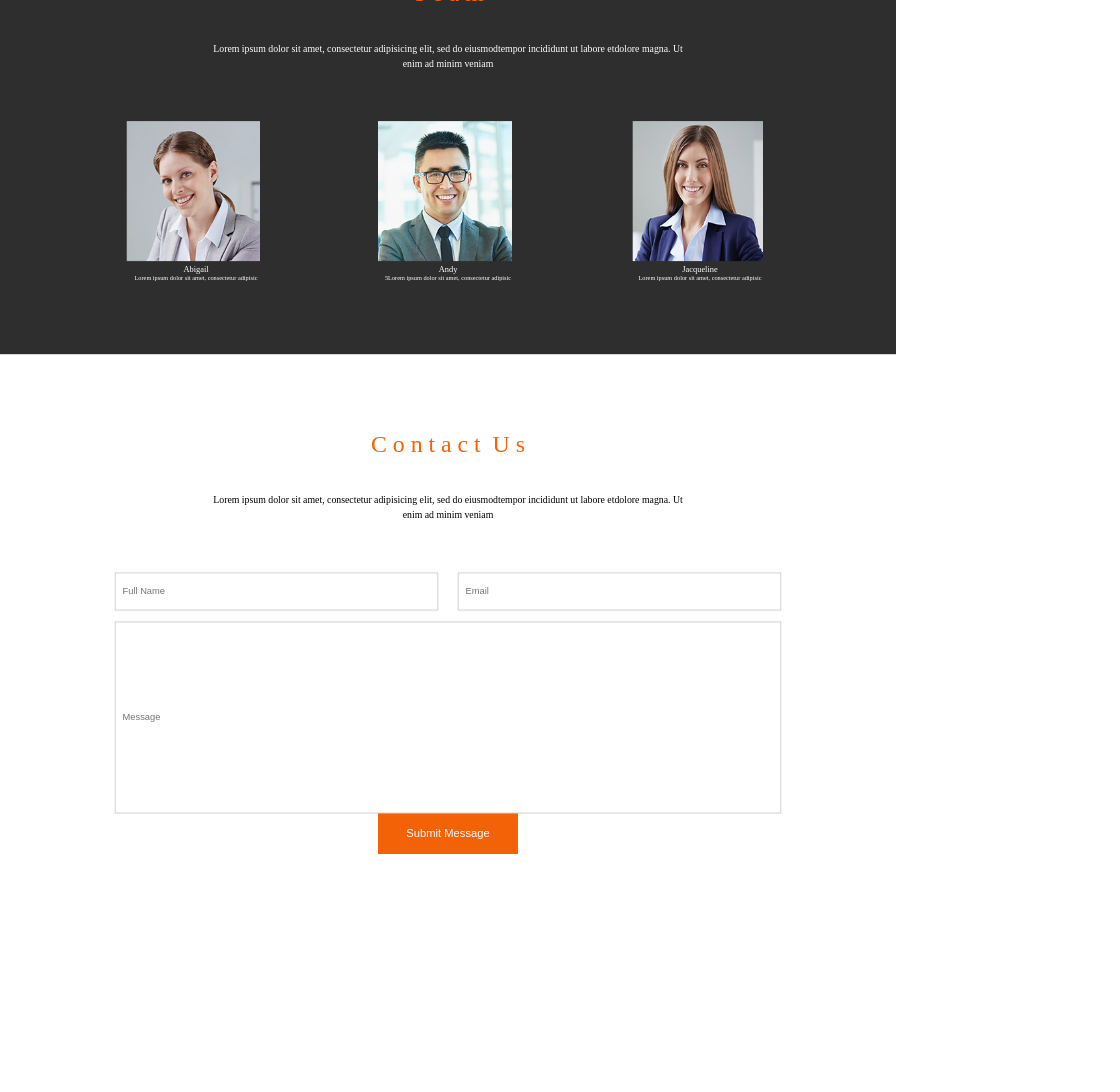
Repository: ScarApocalypse/study
Page: HTML5learning/HTML5作业/index.html
An editor plug-in stored every save of this project. The page is shown before and after a run of saves, followed by the edit.
The browser window is 1280 px wide. The page is 1600 px wide, so the pictures cover 1600 px, including what lies to the right of the window. The pictures show the part of the page from y = 2440 to 4000 px (the page is 4000 px tall), at 70% of full size.

Above is the page before, as saved 2019-03-20 21:44:44.

### HTML5learning/HTML5作业/index.html
<!DOCTYPE html>
<html lang="en">
<head>
    <meta charset="UTF-8">
    <title>Document</title>
    <link rel="stylesheet" href="css/index.css">
    <script src="js/index.js"></script>
</head>
<body>
    <!-- 顶部区域 -->
    <header>
            <div class="container">
                    <a href="index.html" class="logo"><img src="img/logo.jpg" alt=""></a>
                    <nav>
                        <a href="#">HOME</a>
                        <a href="#">PORTFOLIO</a>
                        <a href="#">TEAM</a>
                        <a href="#">CONTACT US</a>
                    </nav>
            </div>

    </header>
    <!-- banner区域 -->
    <section class="banner">
        <div class="container">
                <article>
                        <h1>Welcome to Website</h1>
                        <p>Lorem ipsum dolor sit amet, consectetur adipisicing elit</p>
                    </article>
        </div>

    </section>
    <!-- Portfolio区域 -->
    <section class="Portfolio">
        <div class="container">
            <aside>
                <h1>P o r t f o l i o</h1>
            </aside>
            <article>
                <p>Lorem ipsum dolor sit amet, consectetur adipisicing elit, sed do eiusmodtempor incididunt ut labore etdolore magna. Ut enim ad minim veniam</p>
                <ul class="keyWord clearfix">
                    <li>ALL</li>
                    <li>WEB</li>
                    <li>SOFTWARE</li>
                    <li>WORKS</li>
                    <li>BRANDS</li>
                </ul>
            </article>

        </div>
        <div class="portfolio-nav"></div>
    </section>
    <!-- Stats区域 -->
    <section class="Stats">
            <div class="container">
                    <aside>
                        <h1>S t a t s</h1>
                    </aside>
                    <article>
                        <p>Lorem ipsum dolor sit amet, consectetur adipisicing elit, sed do eiusmodtempor incididunt ut labore etdolore magna. Ut enim ad minim veniam</p>
                    </article>

            </div>
                <div class="stats-icon clearfix">
                    <div class="item">
                            <img src="img/stats1.jpg" alt="">
                            <div class="name">Margins</div>
                            <div class="number">1 2, 0 0 0</div>
                    </div>
                    <div class="item">
                            <img src="img/stats2.jpg" alt="">
                            <div class="name">Completed</div>
                            <div class="number">5 , 6 8 1</div>
                    </div>
                    <div class="item">
                            <img src="img/stats3.jpg" alt="">
                            <div class="name">Projects</div>
                            <div class="number">4 3 2</div>
                    </div>
                    <div class="item">
                            <img src="img/stats4.jpg" alt="">
                            <div class="name">Customers</div>
                            <div class="number">8 6</div>
                    </div>
                </div>
    </section>
    <!-- Team区域 -->
    <section class="Team">
            <div class="container">
                    <aside>
                        <h1>T e a m</h1>
                    </aside>
                    <article>
                        <p>Lorem ipsum dolor sit amet, consectetur adipisicing elit, sed do eiusmodtempor incididunt ut labore etdolore magna. Ut enim ad minim veniam</p>
                    </article>
           </div>
           <div class="workerInfo">
               <div class="item">
                   <img src="img/team1.jpg" alt="">
                   <div class="name">Abigail</div>
                   <div class="detail">Lorem ipsum dolor sit amet, consectetur adipisic</div>
               </div>
               <div class="item">
                    <img src="img/team2.jpg" alt="">
                    <div class="name">Andy</div>
                    <div class="detail">5Lorem ipsum dolor sit amet, consectetur adipisic</div>
                </div>
                <div class="item">
                        <img src="img/team3.jpg" alt="">
                        <div class="name">Jacqueline</div>
                        <div class="detail">Lorem ipsum dolor sit amet, consectetur adipisic</div>
                    </div>
           </div>
    </section>
    <!-- Contact区域 -->
    <section class="Contact">
            <div class="container">
                    <aside>
                        <h1>C o n t a c t&nbsp;&nbsp;U s</h1>
                    </aside>
                    <article>
                        <p>Lorem ipsum dolor sit amet, consectetur adipisicing elit, sed do eiusmodtempor incididunt ut labore etdolore magna. Ut enim ad minim veniam</p>
                    </article>
           </div>

           <form id="contact-form">

                <div class="item">
                   <input type="text" required placeholder="Full Name">
               </div>
               <div class="item">
                    <input type="email" required placeholder="Email">
                </div>
                <div class="item">
                        <input type="text" required placeholder="Message">
                </div>
                <input type="submit" value="Submit Message">
           </form>
    </section>
    <!-- 页脚区域 -->
    <footer></footer>
</body>
</html>

### HTML5learning/HTML5作业/css/index.css
*{
    margin:0;
    padding:0;
    list-style: none;
}
body{
    height: 4000px;
    font-family:Microsoft YaHei UI;
}
a{
    text-decoration: none;
}
.clearfix:after{
    content:"";
    height: 0;
    line-height: 0;
    display: block;
    visibility: hidden;
    clear:both;
}
.clearfix{
    zoom:1;
}
/* 顶部区域 */
header{
    height: 95px;
    width: 100%;
    background: #2e2e2e;
}
header > .container{
    width: 1600px;
    margin:0 auto;
    line-height: 95px;
}
header > .container > a.logo{
    float: left;
    margin-top:7px;
}
header > .container > nav{
    float:right;
}
header > .container > nav > a{
    float: left;
    color:#fff;
    margin-left:50px;
}
/* banner区域 */
.banner{
    height: 675px;
    width: 100%;
    background:url(../img/banner.jpg) no-repeat center;
    background-size: cover;
    color:#fff;
    /* overflow: hidden; */
}
.banner > .container{
    width: 850px;
    margin:0 auto;
    text-align: center;
    padding-top:280px;

}
.banner > .container > article > h1{
    font-size:57px;

}
.banner > .container > article > p{
    font-size:16px;
    line-height: 1.5em;
}
/* Portfolio区域 */
.Team,
.Contact,
.Stats,
.Portfolio{
    width: 100%;
    /* height: 410px; */
    overflow: hidden;
    text-align: center;
}
.Contact > .container,
.Team > .container,
.Stats > .container,
.Portfolio > .container{
    width: 700px;
    margin:0 auto;
    text-align: center;

}
.Contact > .container > aside >h1,
.Team > .container > aside >h1,
.Stats > .container > aside >h1,
.Portfolio > .container > aside >h1{
    color:#f46208;
    font-size:34px;
    font-weight:500;
    margin:110px 0 50px;
}
.Contact > .container > article >p,
.Team > .container > article >p,
.Stats > .container > article >p,
.Portfolio > .container > article >p{
    font-size:14px;
    font-weight: 500;
    margin-bottom:72px;
    line-height: 1.5em;
}
.Contact > .container > article > ul.keyWord,
.Team > .container > article > ul.keyWord,
.Stats > .container > article > ul.keyWord,
.Portfolio > .container > article > ul.keyWord{
    display: inline-block;
    margin-bottom:50px;
}
.Contact > .container > article > ul.keyWord >li,
.Team > .container > article > ul.keyWord >li,
.Stats > .container > article > ul.keyWord >li,
.Portfolio > .container > article > ul.keyWord >li{
    float: left;
    /* width: 60px; */
    height: 40px;
    border:1px solid #f46208;
    text-align: center;
    line-height: 40px;
    margin:0 16px;
    font-size:16px;
    padding:0 10px;
    color:#f46208;
}
.Contact > .container > article > ul.keyWord >li:hover
.Team > .container > article > ul.keyWord >li:hover
.Stats > .container > article > ul.keyWord >li:hover
.Portfolio > .container > article > ul.keyWord >li:hover{
    background: #f46208;
    color:#fff;
    cursor: pointer;
}
.portfolio-nav{
    background: url(../img/portfolio-nav-img.jpg) no-repeat center;
    background-size: cover;
    height: 560px;
    width: 100%;
}
/* Stats区域 */
.Stats{
    text-align: center;
}
.Stats > .stats-icon{
   display: inline-block;
   margin-bottom:115px;
}
.Stats > .stats-icon > .item{

    width: 145px;
    /* height: 160px; */
    float: left;
    margin:0 35px;
}
.Stats > .stats-icon > .item >.name{
    margin:15px 0;
    font-size:16px;
}
.Stats > .stats-icon > .item >.number{
    font-size:25px;
    color:#f46208;
}
/* TEAM区域 */
.Team{
    background: #2e2e2e;
    color:#fff;
    text-align: center;
}
.Team > .workerInfo{
    display: inline-block;
    text-align: center;
    margin-bottom:100px;
}
.Team > .workerInfo > .item{
    width: 240px;
    margin:0 60px;
    float: left;
}
.Team > .workerInfo > .item img{
    width: 200px;
    height: 200px;
}
.Team > .workerInfo > .item > .name{
    font-size:12px;
}
.Team > .workerInfo > .item > .detail{
    font-size:9px;
}
/* contact区域 */
.Contact >form{

    width: 952px;
    margin:0 auto;
}
.Contact > form > .item{
    float: left;
}
.Contact > form > .item:nth-child(2){
    float: right;
}
.Contact > form > .item:last-child{
    display: block;
}
.Contact > form > .item input{
    width: 460px;
    height: 52px;
    border:1px solid #bfbfbf;
    text-indent: 10px;
    line-height: 52px;
    color:#bfbfbf;
}
.Contact > form > .item:nth-child(3) input{
    width: 950px;
    height: 272px;
    margin-top:16px;
    line-height: 272px;
}
.Contact > form > input{
    width: 200px;
    height: 58px;
    border:none;
    cursor: pointer;
    color:#fff;
    background-color:#f46208;
    font-size:16px;
}

### HTML5learning/HTML5作业/js/index.js
window.onload=function(){
    console.log("hello");
};

After the next 2 saves:
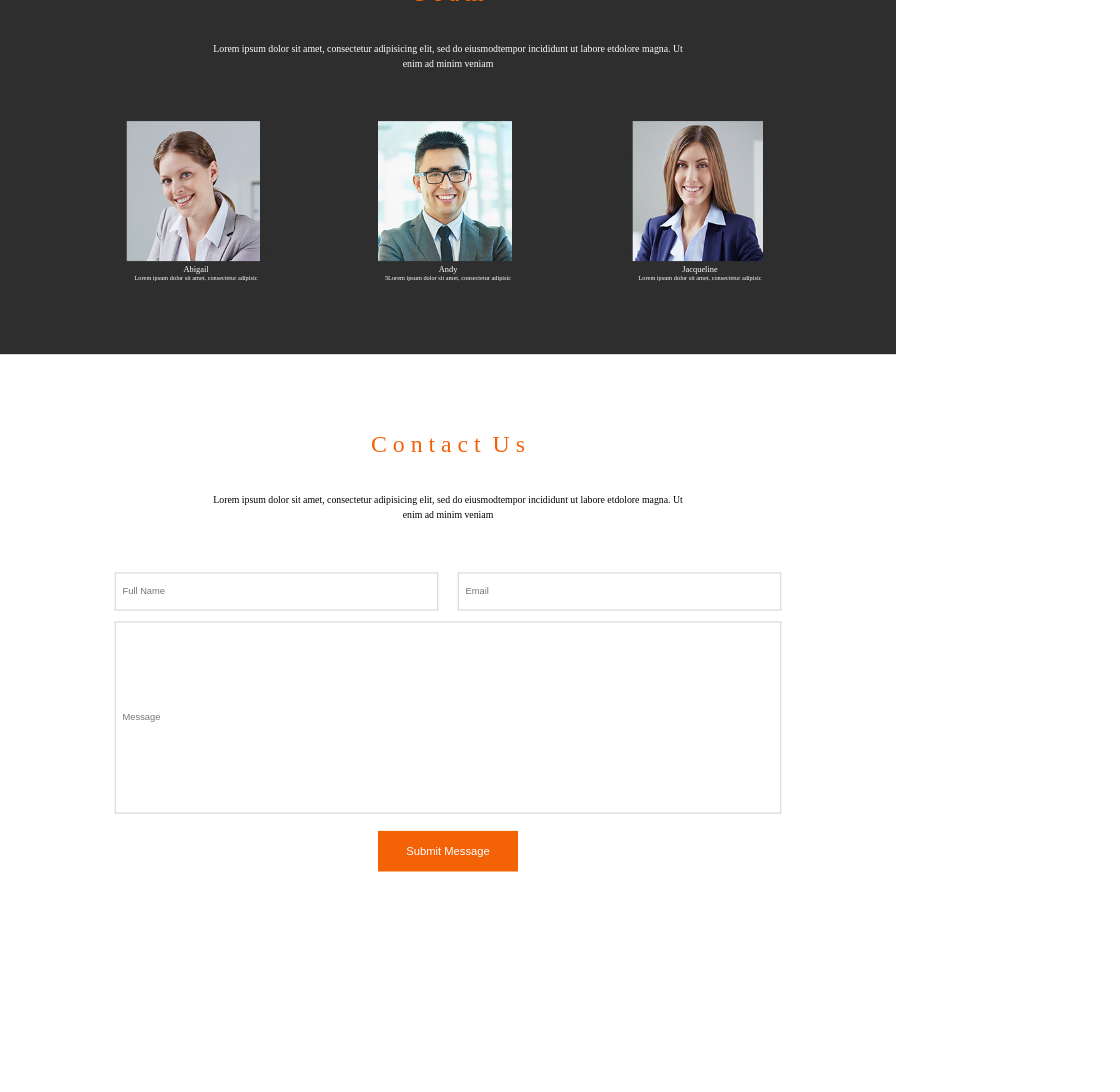
The 2 saves are shown as one change because they came seconds apart.
The last was saved 49 s later.
--- a/HTML5learning/HTML5作业/css/index.css
+++ b/HTML5learning/HTML5作业/css/index.css
@@ -227,4 +227,5 @@ header > .container > nav > a{
     color:#fff;
     background-color:#f46208;
     font-size:16px;
-}
+    margin:25px 0 112px;
+}
